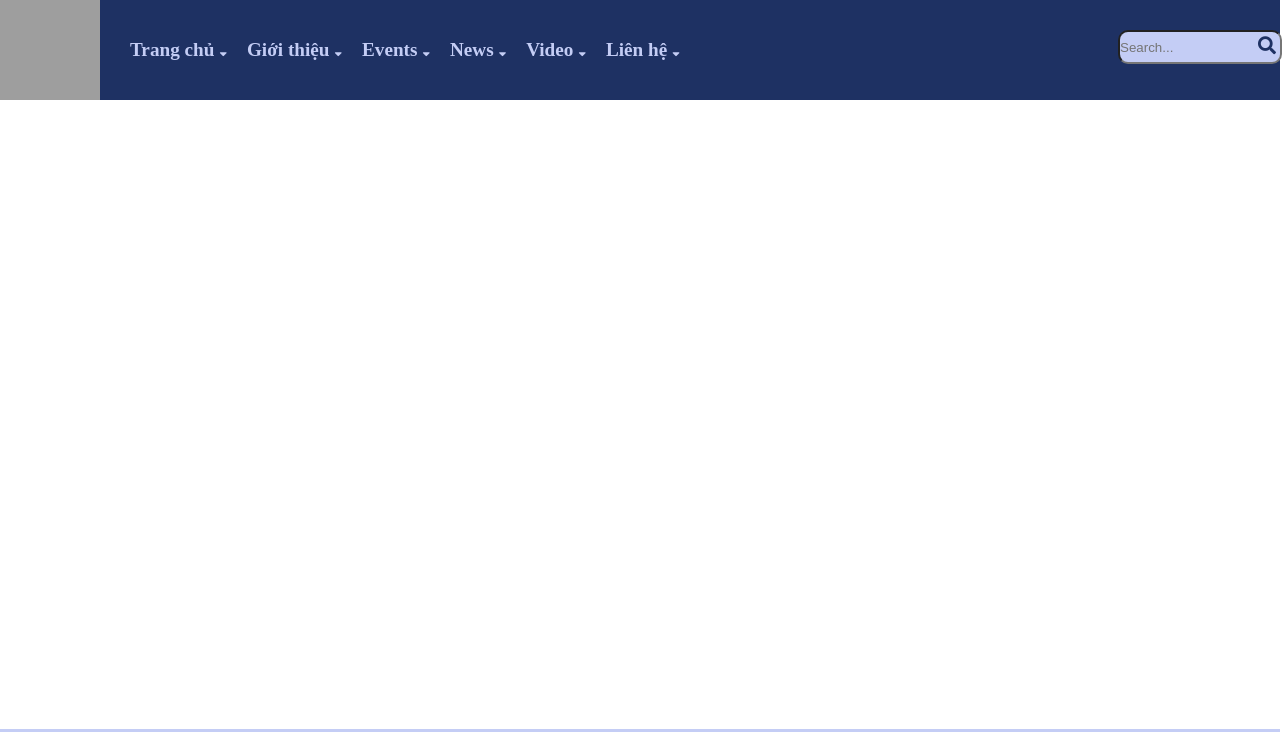
Repository: Luong-tung/newtopics
Page: index2.html
The author's editor kept a copy of each file at every save. The page is drawn from the files as they stood at one save, then again after the next save.
The browser window is 1280 px wide. The page is 1282 px wide, so the pictures cover 1282 px, including what lies to the right of the window. The pictures show the whole page.
Pictures or frames that could not be fetched are drawn as grey boxes. Some web libraries are served in a nearby version.

Above is the page before, as saved 2021-10-07 22:36:26.

After the next save:
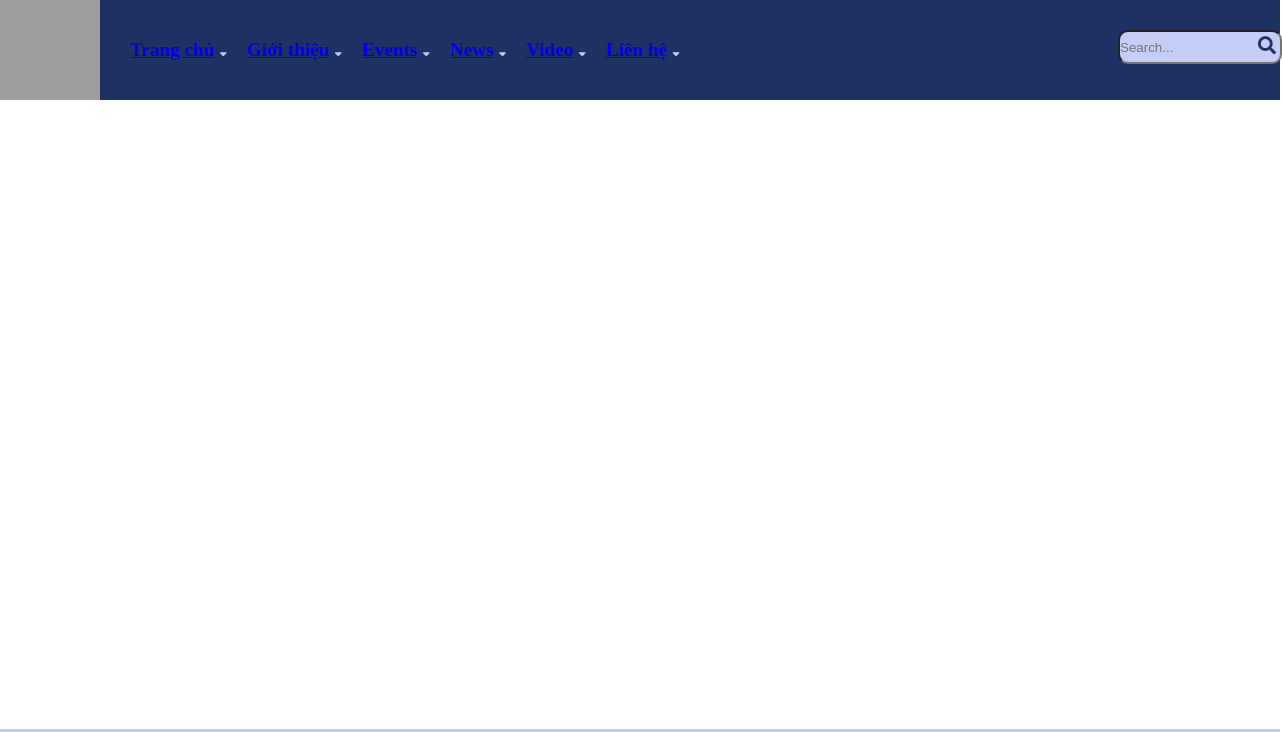
Saved 61 s later.
--- a/index2.html
+++ b/index2.html
@@ -17,12 +17,12 @@
 
 
             <ul>
-                <li><a href="#"></a>Trang chủ<i class="fas fa-sort-down"></i></li>
-                <li><a href="#"></a>Giới thiệu<i class="fas fa-sort-down"></i></li>
-                <li><a href="#"></a>Events<i class="fas fa-sort-down"></i></li>
-                <li><a href="#"></a>News<i class="fas fa-sort-down"></i></li>
-                <li><a href="#"></a>Video<i class="fas fa-sort-down"></i></li>
-                <li><a href="#"></a>Liên hệ<i class="fas fa-sort-down"></i></li>
+                <li><a href="#">Trang chủ</a><i class="fas fa-sort-down"></i></li>
+                <li><a href="#">Giới thiệu</a><i class="fas fa-sort-down"></i></li>
+                <li><a href="#">Events</a><i class="fas fa-sort-down"></i></li>
+                <li><a href="#">News</a><i class="fas fa-sort-down"></i></li>
+                <li><a href="#">Video</a><i class="fas fa-sort-down"></i></li>
+                <li><a href="#">Liên hệ</a><i class="fas fa-sort-down"></i></li>
             </ul>
         </div>
 

After the save that followed:
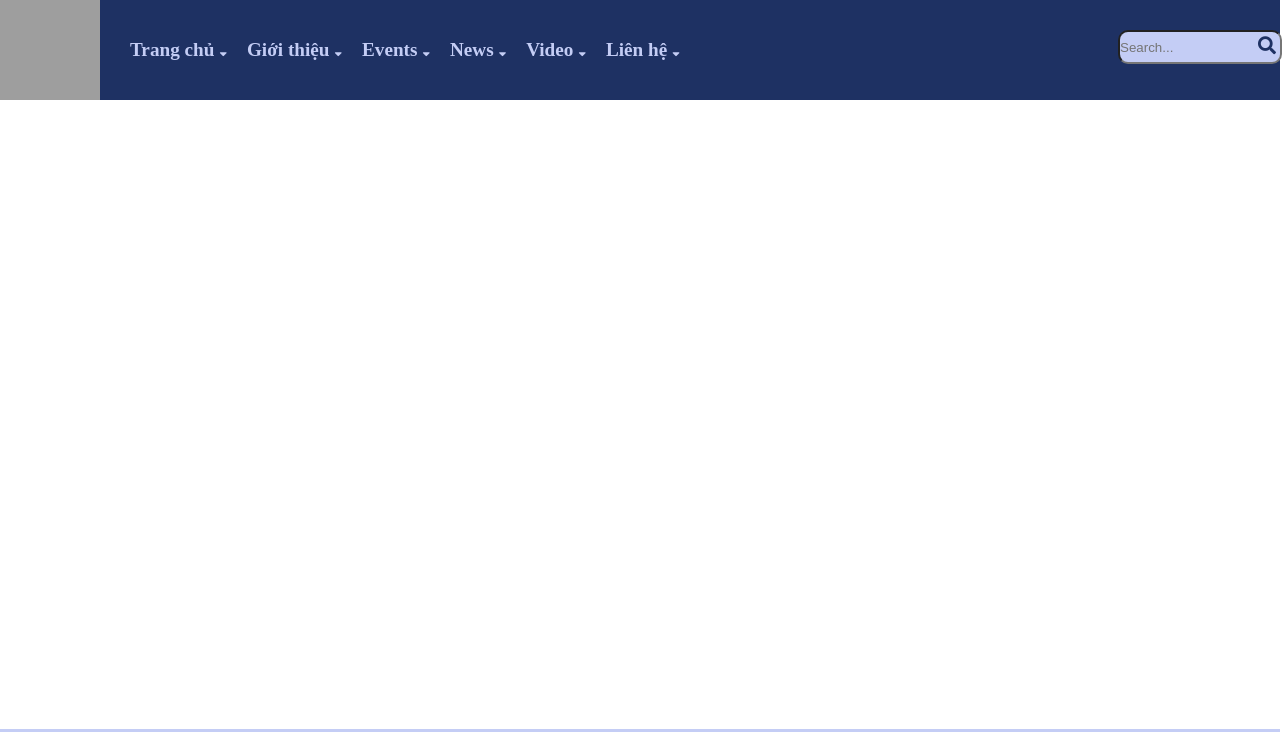
Saved 69 s later.
--- a/iu2.css
+++ b/iu2.css
@@ -36,6 +36,11 @@
     font-size: larger;
 
 }
+.header .logo ul li a{
+    text-decoration: none;
+    color: #c4cdf5;
+  }
+
 .header .logo ul li i{
     font-size: 12px;
     margin-left: 5px;
